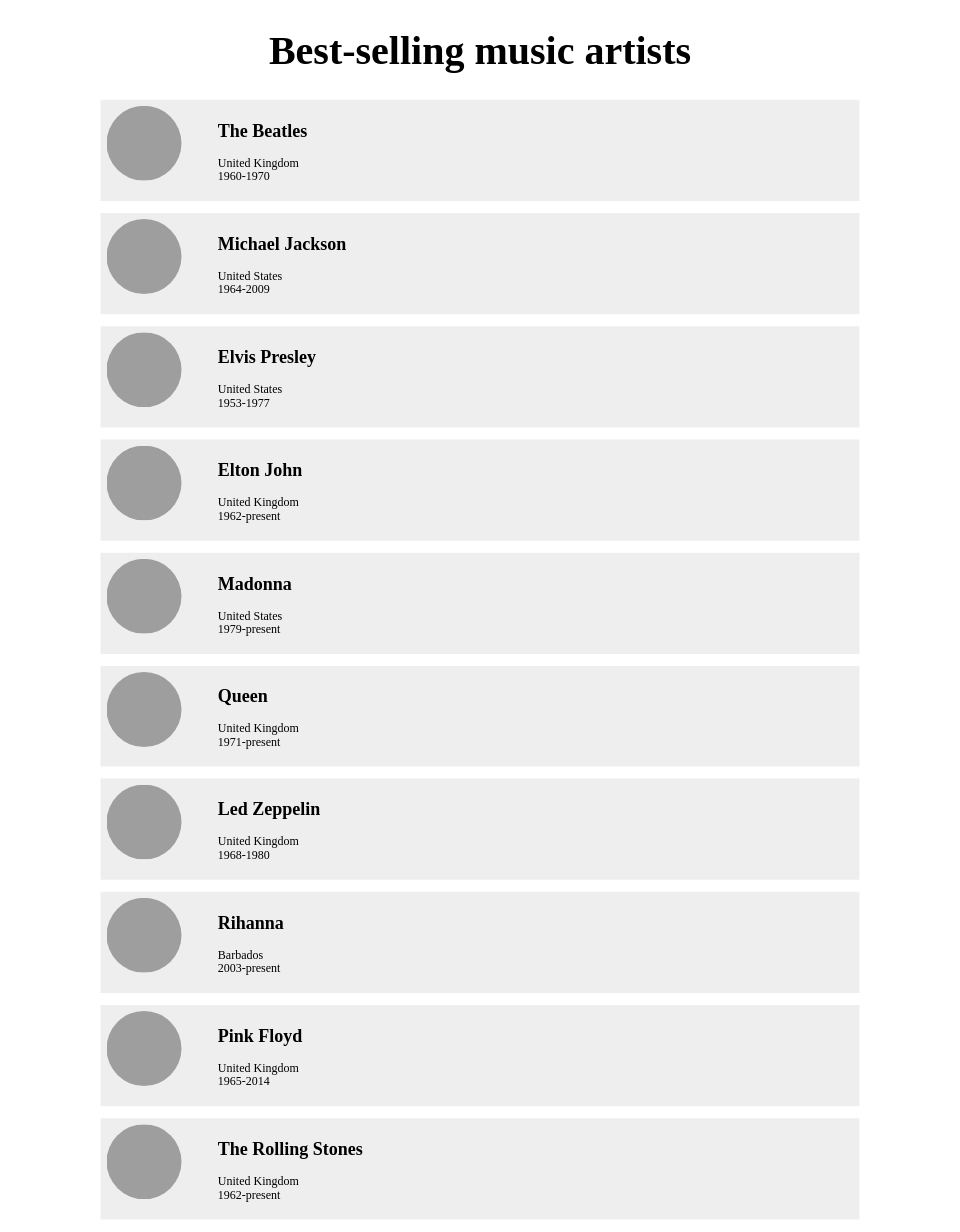
Repository: MonicaNguyenH/Frontend_Week3_Lab2_HW
Page: /
These files come from the project's save history. The page is drawn as it stood at one moment and after the next save; the edit follows.
The browser window is 1280 px wide. The pictures show the whole page, at 75% of full size.
Pictures or frames that could not be fetched are drawn as grey boxes. The project was rebuilt for these pictures with package versions that can differ from the ones it lists, and the page was loaded fresh each time. Also part of the build but not shown: vite.config.js.

Above is the page before, as saved 2024-09-19 23:56:37.

### src/App.jsx
import { artists } from './best-selling-music-artists';
import ArtistDetails from './components/ArtistDetails';

function App() {

  const artistList = artists.map(artist => <ArtistDetails key={artist.name} artist={artist} />);
  // const productList = PRODUCTS.map(product => <Product key={product.name} product={product} />);

  return (
    <div className="app">
      <header className="header">
        <h1>Best-selling music artists</h1>
      </header>
      <main>
        {artistList}
      </main>
    </div>
  );
}

export default App;

### src/index.css
.app {
    width: 80%;
    margin: 0 auto;
}

.header h1 {
    text-align: center;
    font-size: 40pt;
}

.artist-card {
    display: flex;
    gap: 1em;
    background-color: #eee;
    padding: 0.5em;
}

/* Excludes the last element */
.artist-card:not(last-child) {
    margin-bottom: 1em;
}

.artist-url {
    position: relative;
    width: 100px;
    height: 100px;
    overflow: hidden;
    border-radius: 50%;
}

.artist-url img {
    width: 100%;
    height: 100%;
    object-fit: cover;
}

.artist-bio {
    margin-left: 2em;
}

### src/best-selling-music-artists.js
export const artists = [
    {
        name: 'The Beatles',
        photo_url: "https://upload.wikimedia.org/wikipedia/commons/9/9f/Beatles_ad_1965_just_the_beatles_crop.jpg",
        country: "United Kingdom",
        years_active: "1960-1970",
    },
    {
        name: 'Michael Jackson',
        photo_url: "https://upload.wikimedia.org/wikipedia/commons/8/83/Michael_Jackson_Dangerous_World_Tour_1993_cropped.png",
        country: "United States",
        years_active: "1964-2009",
    },
    {
        name: 'Elvis Presley',
        photo_url: "https://upload.wikimedia.org/wikipedia/commons/1/16/Elvis_Presley_1973_RCA_Records_and_Tapes_publicity_2_-_cropped.png",
        country: "United States",
        years_active: "1953-1977",
    },
    {
        name: 'Elton John',
        photo_url: "https://upload.wikimedia.org/wikipedia/commons/7/74/Elton_John_1980.png",
        country: "United Kingdom",
        years_active: "1962-present",
    },
    {
        name: 'Madonna',
        photo_url: "https://upload.wikimedia.org/wikipedia/commons/4/47/Madonna_II_A_1_%28cropped%29.jpg",
        country: "United States",
        years_active: "1979-present",
    },
    {
        name: 'Queen',
        photo_url: "https://upload.wikimedia.org/wikipedia/commons/a/ac/FreddieMercuryNov1977.jpg",
        country: "United Kingdom",
        years_active: "1971-present",
    },
    {
        name: 'Led Zeppelin',
        photo_url: "https://upload.wikimedia.org/wikipedia/commons/c/cc/Robert_Plant_at_the_Palace_Theatre%2C_Manchester.jpg",
        country: "United Kingdom",
        years_active: "1968-1980",
    },
    {
        name: 'Rihanna',
        photo_url: "https://upload.wikimedia.org/wikipedia/commons/b/b3/Rihanna_concert_in_Washington_DC_%28cropped%29.jpg",
        country: "Barbados",
        years_active: "2003-present",
    },
    {
        name: 'Pink Floyd',
        photo_url: "https://upload.wikimedia.org/wikipedia/commons/f/f2/David_Gilmour_Argentina_2015_%28cropped%29.jpg",
        country: "United Kingdom",
        years_active: "1965-2014",
    },
    {
        name: 'The Rolling Stones',
        photo_url: "https://upload.wikimedia.org/wikipedia/commons/0/06/Keith_Richards%2C_Mick_Jagger_performing_with_Rolling_Stones_at_Prudential_Center_2012-12-13.jpg",
        country: "United Kingdom",
        years_active: "1962-present",
    },
];

### src/components/ArtistDetails.jsx
export default function ArtistDetails(props) {

    const {artist} = props;

    return (
        <div className="artist-card">
            <div className="artist-url">
                <img src={artist.photo_url} alt="" />
            </div>
            <div className="artist-bio">
                <h2 className="artist-name">{artist.name}</h2>
                <p>
                    <span className="artist-country">{artist.country}</span>
                    <br/>
                    <span className="artist-years-active">{artist.years_active}</span>
                </p>
            </div>
        </div>
    )
}

Loaded but not shown: index.html (common file); src/main.jsx (common file)

After the next save:
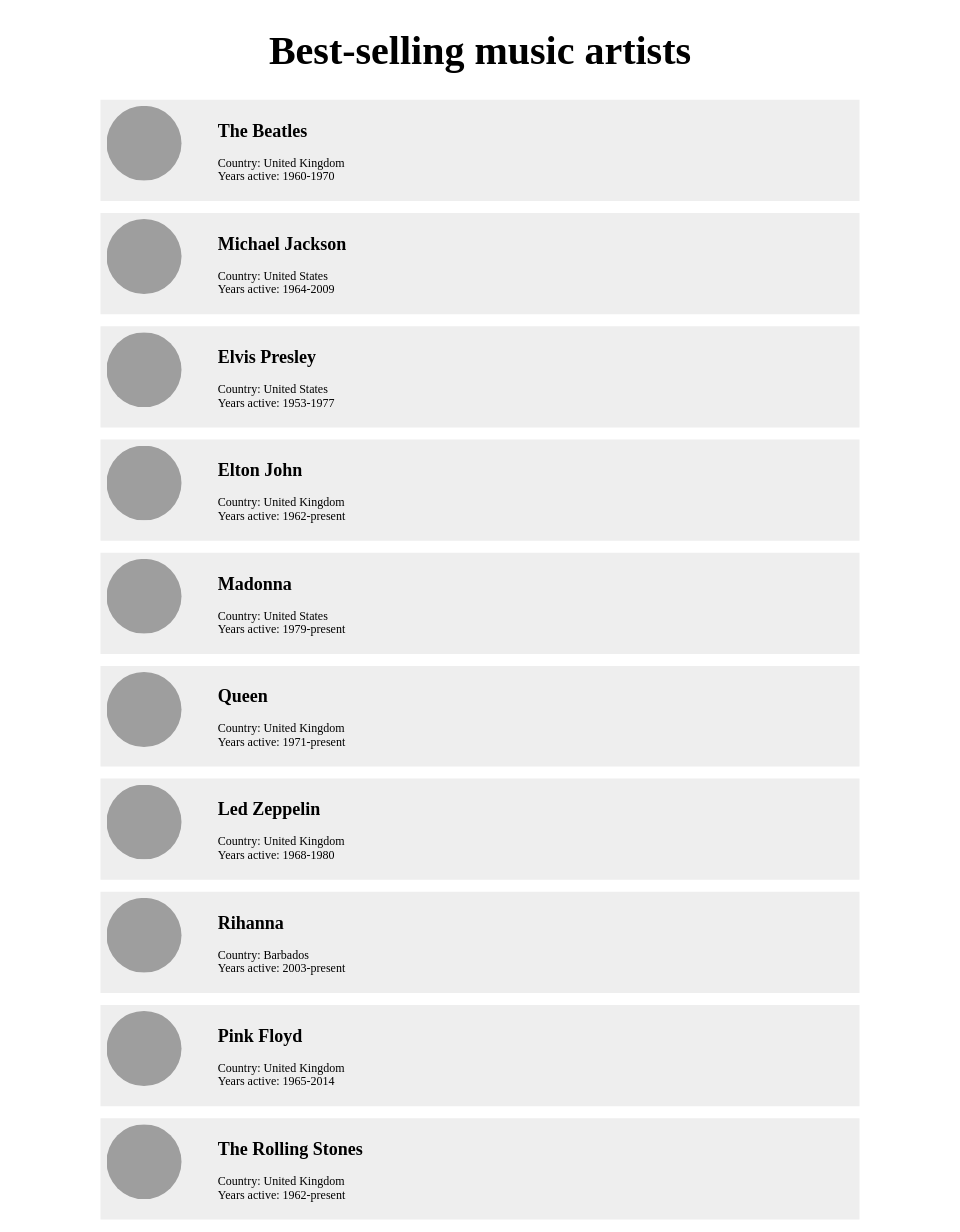
Saved 36 s later.
--- a/src/components/ArtistDetails.jsx
+++ b/src/components/ArtistDetails.jsx
@@ -10,9 +10,9 @@
             <div className="artist-bio">
                 <h2 className="artist-name">{artist.name}</h2>
                 <p>
-                    <span className="artist-country">{artist.country}</span>
+                    <span className="artist-country">Country: {artist.country}</span>
                     <br/>
-                    <span className="artist-years-active">{artist.years_active}</span>
+                    <span className="artist-years-active">Years active: {artist.years_active}</span>
                 </p>
             </div>
         </div>
